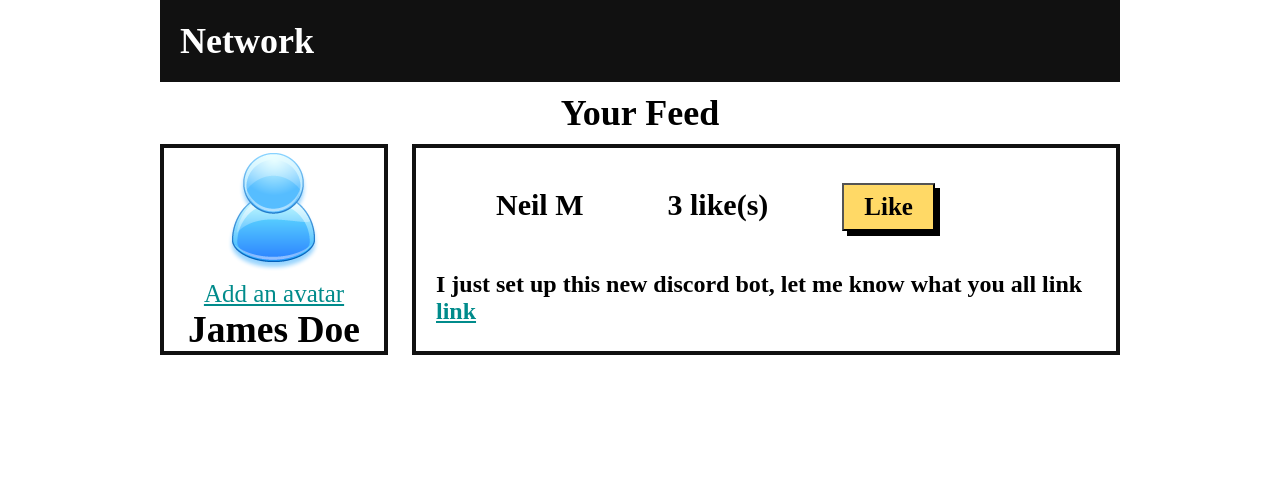
Repository: Blender20/liking_likes
Page: index.html
These files come from the project's save history. The page is drawn as it stood at one moment and after a run of saves; the edit follows.
The browser window is 1280 px wide. The pictures show the whole page.
Some web fonts or font styles are not loaded; a fallback is used.

Above is the page before, as saved 2022-03-30 11:01:37.

After the next 5 saves:
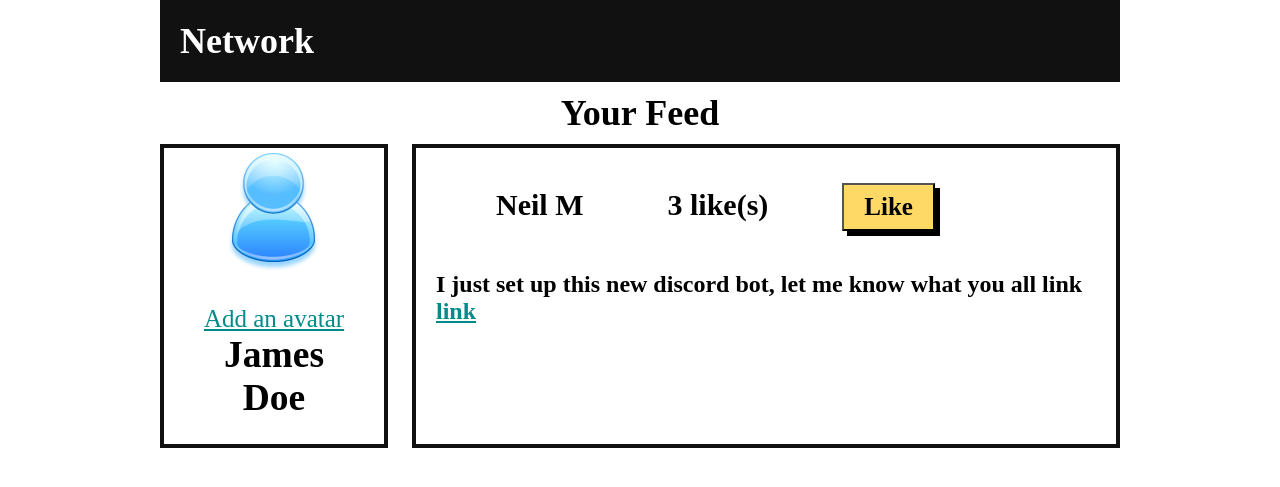
The 5 saves are shown as one change because they came seconds apart.
The last was saved 18 s later.
--- a/style.css
+++ b/style.css
@@ -95,4 +95,5 @@ a {
 .addAvatar{
   text-align: center;
   font-size: 25px;
+  padding: 25px
 }
